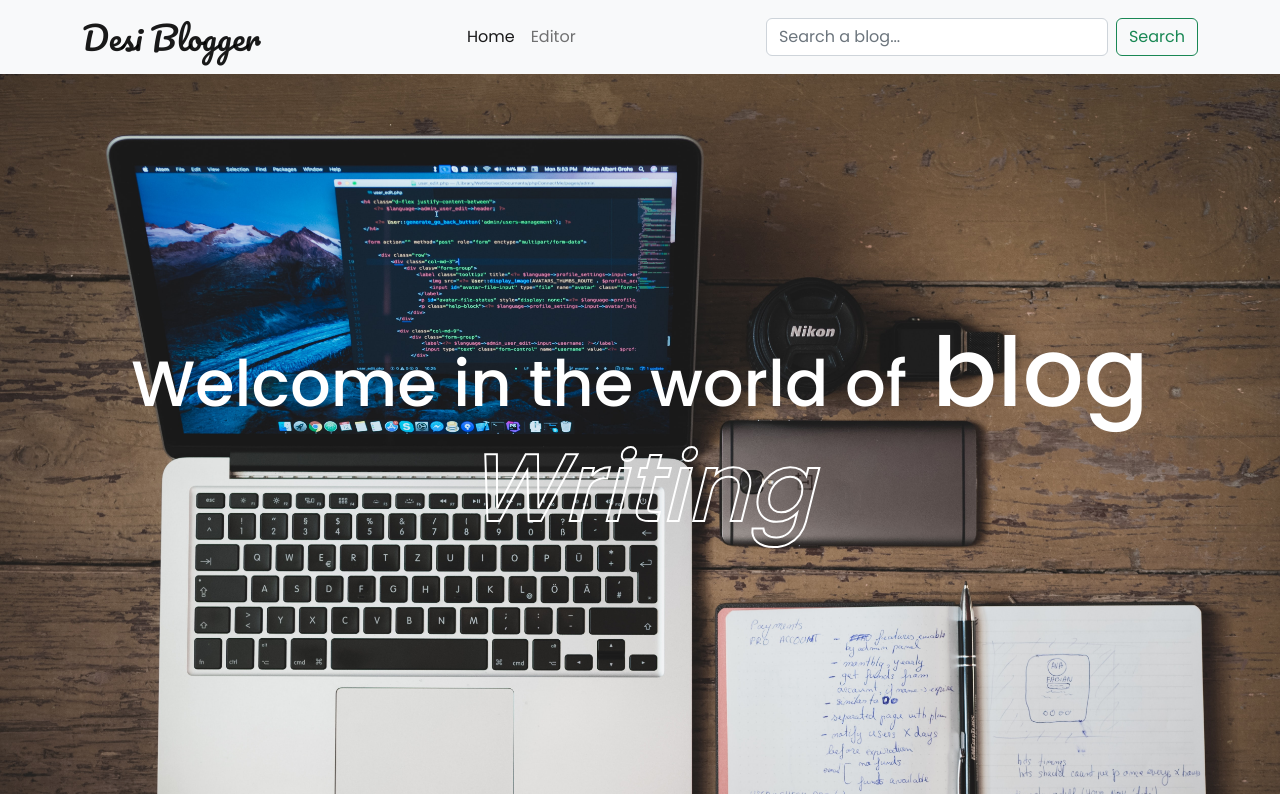
Repository: badhon252/Desi_Blogger
Page: public/home.html
An editor plug-in stored every save of this project. The page is shown before and after the next save, followed by the edit.
The browser window is 1280 px wide. The pictures show the whole page.

Above is the page before, as saved 2022-11-15 20:48:32.

After the next save:
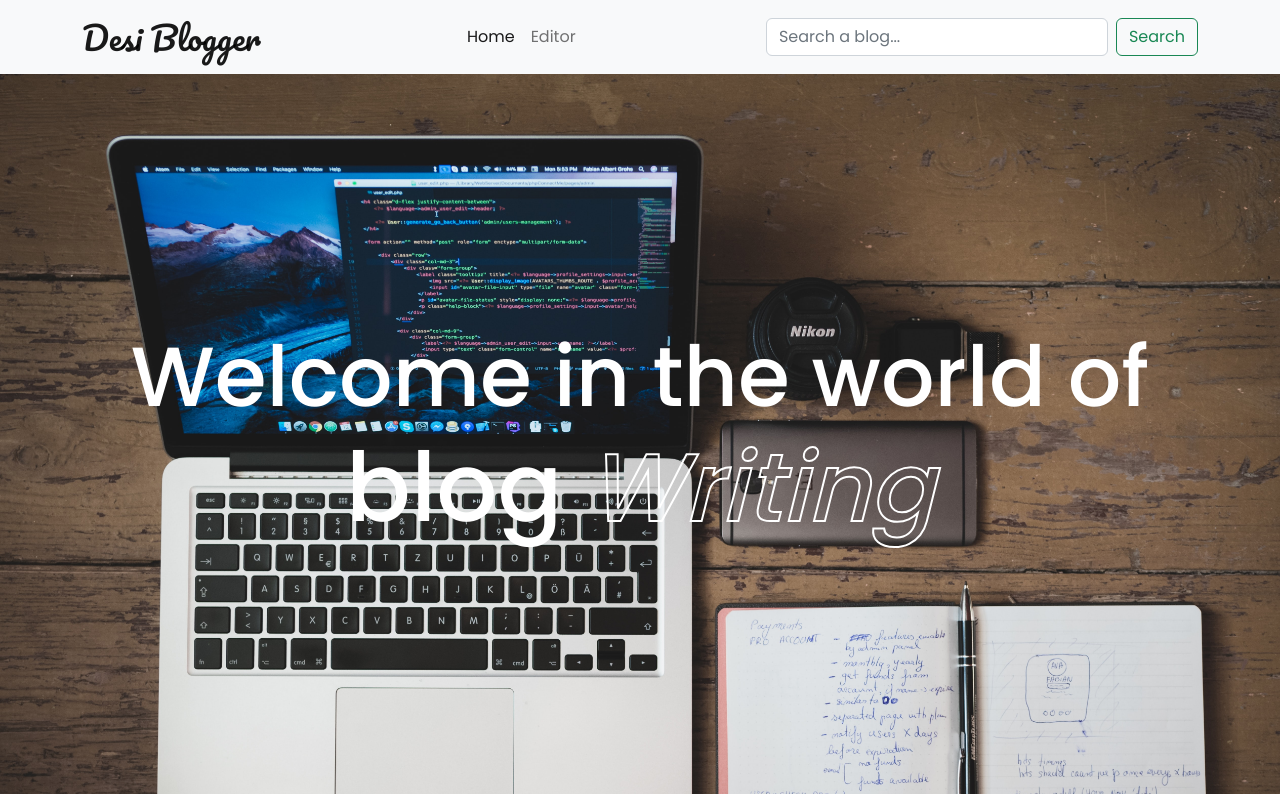
Saved 17 s later.
--- a/public/css/home.css
+++ b/public/css/home.css
@@ -50,7 +50,6 @@ body {
   text-align: center;
 }
 .content .small {
-  font-size: 4rem;
   color: #fff;
   text-align: center;
 }
